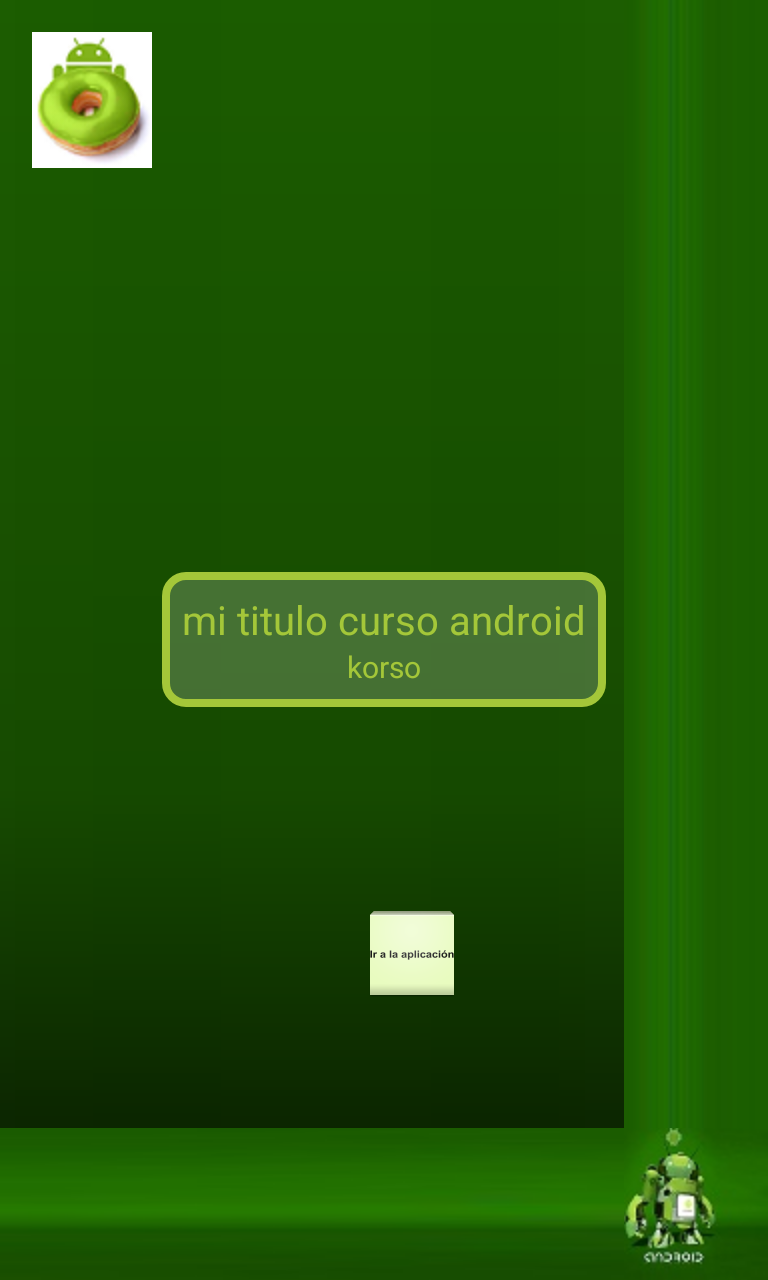
Repository: dimitri001/FDR_TOOL
Layout: RSS Curso Android/res/layout/activity_splash.xml
An editor plug-in stored every save of this project. The layout is shown before and after the next save, followed by the edit.
It is drawn on a 768 x 1280 px phone screen (xhdpi) without system bars, with theme AppTheme; the app's code is not run.

Above is the layout before, as saved 2013-05-21 21:38:43.

### RSS Curso Android/res/layout/activity_splash.xml
<RelativeLayout xmlns:android="http://schemas.android.com/apk/res/android"
    xmlns:tools="http://schemas.android.com/tools"
    android:layout_width="match_parent"
    android:layout_height="match_parent"
    android:background="@drawable/background"
    android:paddingBottom="@dimen/activity_vertical_margin"
    android:paddingLeft="@dimen/activity_horizontal_margin"
    android:paddingRight="@dimen/activity_horizontal_margin"
    android:paddingTop="@dimen/activity_vertical_margin"
    tools:context=".SplashActivity" >

    <LinearLayout
        android:id="@+id/linearLayout1"
        android:layout_width="wrap_content"
        android:layout_height="wrap_content"
        android:layout_centerInParent="true"
        android:background="@drawable/panel_green"
        android:gravity="center|center_vertical"
        android:orientation="vertical" >

        <TextView
            android:layout_width="wrap_content"
            android:layout_height="wrap_content"
            android:text="@string/splash_title"
            android:textColor="@color/green"
            android:textSize="@dimen/text_h1" />

        <TextView
            android:layout_width="wrap_content"
            android:layout_height="wrap_content"
            android:text="@string/splash_subtitle"
            android:textColor="@color/green"
            android:textSize="@dimen/text_h2" />
    </LinearLayout>

    <ImageView
        android:id="@+id/imageView2"
        android:layout_width="wrap_content"
        android:layout_height="wrap_content"
        android:layout_alignParentLeft="true"
        android:layout_alignParentTop="true"
        android:contentDescription="@string/splash_unutopia"
        android:src="@drawable/logo_android" />

    <ImageView
        android:id="@+id/imageView1"
        android:layout_width="wrap_content"
        android:layout_height="wrap_content"
        android:layout_alignLeft="@+id/linearLayout1"
        android:layout_below="@+id/linearLayout1"
        android:layout_marginLeft="101dp"
        android:layout_marginTop="99dp"
        android:contentDescription="@string/splash_article_list"
        android:src="@drawable/to_list" />

</RelativeLayout>

### RSS Curso Android/res/drawable/background.xml
<?xml version="1.0" encoding="utf-8"?>
<layer-list xmlns:android="http://schemas.android.com/apk/res/android" >

   <!--   <item android:drawable="@drawable/bg_noise" />-->
    <item android:drawable="@drawable/android_robot_peque1"
        android:bottom="0dp"
        android:right="0dp"/>
    <item android:drawable="@drawable/bg_shadow"/>

</layer-list>

### RSS Curso Android/res/drawable/panel_green.xml
<?xml version="1.0" encoding="utf-8"?>
<shape xmlns:android="http://schemas.android.com/apk/res/android"

    android:shape="rectangle">
    <corners  android:radius="10dp"/>
    <stroke
        android:color="@color/green"
        android:width="4dp" />

    <solid android:color="#3fff" />

    <padding
        android:top="10dp"
        android:bottom="10dp"
        android:left="10dp"
        android:right="10dp"/>

</shape>

### RSS Curso Android/res/values/strings.xml
<?xml version="1.0" encoding="utf-8"?>
<resources>

    <string name="app_name">RSS Curso Android</string>
    <string name="action_settings">Settings</string>

    <string name="splash_title">mi titulo curso android</string>
    <string name="splash_subtitle">korso</string>
    <string name="splash_unutopia">unutopia</string>
    <string name="splash_article_list">Ir a la aplicación</string>

    <string name="about_version">version 1.0</string>
    <string name="about_text">
	"Lorem ipsum dolor sit amet, consectetur adipisicing elit, sed do eiusmod tempor incididunt ut labore et dolore magna aliqua. Ut enim ad minim veniam, quis nostrud exercitation ullamco laboris nisi ut aliquip ex ea commodo consequat. Duis aute irure dolor in reprehenderit in voluptate velit esse cillum dolore eu fugiat nulla pariatur. Excepteur sint occaecat cupidatat non proident, sunt in culpa qui officia deserunt mollit anim id est laborum."

Sección 1.10.32 de "de Finibus Bonorum et Malorum", escrito por Cicero en el 45 antes de Cristo

"Sed ut perspiciatis unde omnis iste natus error sit voluptatem accusantium doloremque laudantium, totam rem aperiam, eaque ipsa quae ab illo inventore veritatis et quasi architecto beatae vitae dicta sunt explicabo. Nemo enim ipsam voluptatem quia voluptas sit aspernatur aut odit aut fugit, sed quia consequuntur magni dolores eos qui ratione voluptatem sequi nesciunt. Neque porro quisquam est, qui dolorem ipsum quia dolor sit amet, consectetur, adipisci velit, sed quia non numquam eius modi tempora incidunt ut labore et dolore magnam aliquam quaerat voluptatem. Ut enim ad minima veniam, quis nostrum exercitationem ullam corporis suscipit laboriosam, nisi ut aliquid ex ea commodi consequatur? Quis autem vel eum iure reprehenderit qui in ea voluptate velit esse quam nihil molestiae consequatur, vel illum qui dolorem eum fugiat quo voluptas nulla pariatur?"

Traducción hecha por H. Rackham en 1914

"But I must explain to you how all this mistaken idea of denouncing pleasure and praising pain was born and I will give you a complete account of the system, and expound the actual teachings of the great explorer of the truth, the master-builder of human happiness. No one rejects, dislikes, or avoids pleasure itself, because it is pleasure, but because those who do not know how to pursue pleasure rationally encounter consequences that are extremely painful. Nor again is there anyone who loves or pursues or desires to obtain pain of itself, because it is pain, but because occasionally circumstances occur in which toil and pain can procure him some great pleasure. To take a trivial example, which of us ever undertakes laborious physical exercise, except to obtain some advantage from it? But who has any right to find fault with a man who chooses to enjoy a pleasure that has no annoying consequences, or one who avoids a pain that produces no resultant pleasure?"

Sección 1.10.33 de "de Finibus Bonorum et Malorum", escrito por Cicero en el 45 antes de Cristo
	</string>
    <string name="about_license">Licencia oeoeoeoeoe
    "Lorem ipsum dolor sit amet, consectetur adipisicing elit, sed do eiusmod tempor incididunt ut labore et dolore magna aliqua. Ut enim ad minim veniam, quis nostrud exercitation ullamco laboris nisi ut aliquip ex ea commodo consequat. Duis aute irure dolor in reprehenderit in voluptate velit esse cillum dolore eu fugiat nulla pariatur. Excepteur sint occaecat cupidatat non proident, sunt in culpa qui officia deserunt mollit anim id est laborum."

Sección 1.10.32 de "de Finibus Bonorum et Malorum", escrito por Cicero en el 45 antes de Cristo

"Sed ut perspiciatis unde omnis iste natus error sit voluptatem accusantium doloremque laudantium, totam rem aperiam, eaque ipsa quae ab illo inventore veritatis et quasi architecto beatae vitae dicta sunt explicabo. Nemo enim ipsam voluptatem quia voluptas sit aspernatur aut odit aut fugit, sed quia consequuntur magni dolores eos qui ratione voluptatem sequi nesciunt. Neque porro quisquam est, qui dolorem ipsum quia dolor sit amet, consectetur, adipisci velit, sed quia non numquam eius modi tempora incidunt ut labore et dolore magnam aliquam quaerat voluptatem. Ut enim ad minima veniam, quis nostrum exercitationem ullam corporis suscipit laboriosam, nisi ut aliquid ex ea commodi consequatur? Quis autem vel eum iure reprehenderit qui in ea voluptate velit esse quam nihil molestiae consequatur, vel illum qui dolorem eum fugiat quo voluptas nulla pariatur?"

Traducción hecha por H. Rackham en 1914

"But I must explain to you how all this mistaken idea of denouncing pleasure and praising pain was born and I will give you a complete account of the system, and expound the actual teachings of the great explorer of the truth, the master-builder of human happiness. No one rejects, dislikes, or avoids pleasure itself, because it is pleasure, but because those who do not know how to pursue pleasure rationally encounter consequences that are extremely painful. Nor again is there anyone who loves or pursues or desires to obtain pain of itself, because it is pain, but because occasionally circumstances occur in which toil and pain can procure him some great pleasure. To take a trivial example, which of us ever undertakes laborious physical exercise, except to obtain some advantage from it? But who has any right to find fault with a man who chooses to enjoy a pleasure that has no annoying consequences, or one who avoids a pain that produces no resultant pleasure?"

Sección 1.10.33 de "de Finibus Bonorum et Malorum", escrito por Cicero en el 45 antes de Cristo

    </string>

</resources>

### RSS Curso Android/res/values/colors.xml
<?xml version="1.0" encoding="utf-8"?>
<resources>
    <color name="green">#A4C739</color>

</resources>

### RSS Curso Android/res/values/dimensiones.xml
<?xml version="1.0" encoding="utf-8"?>
<resources>
    <dimen name="text_h1">20dp</dimen>
    <dimen name="text_h2">15dp</dimen>
    <dimen name="text_small">10dp</dimen>
</resources>

### RSS Curso Android/res/drawable/bg_noise.xml
<?xml version="1.0" encoding="utf-8"?>
<bitmap xmlns:android="http://schemas.android.com/apk/res/android"
    android:src="@drawable/background_azul"
    android:gravity="fill"
    android:tileMode="repeat">
</bitmap>

### RSS Curso Android/res/drawable/bg_shadow.xml
<?xml version="1.0" encoding="utf-8"?>
<shape xmlns:android="http://schemas.android.com/apk/res/android"
    android:shape="rectangle">

    <gradient
        android:startColor="@android:color/transparent"
        android:centerColor="#33000000"
        android:endColor="#9000"
        android:centerY="0.7"
        android:angle="270"
        />

</shape>

Loaded but not shown: RSS Curso Android/res/values/styles.xml (common file); RSS Curso Android/res/values-v11/styles.xml (common file); RSS Curso Android/res/values-v14/styles.xml (common file); RSS Curso Android/res/values/dimens.xml (common file)

After the next save:
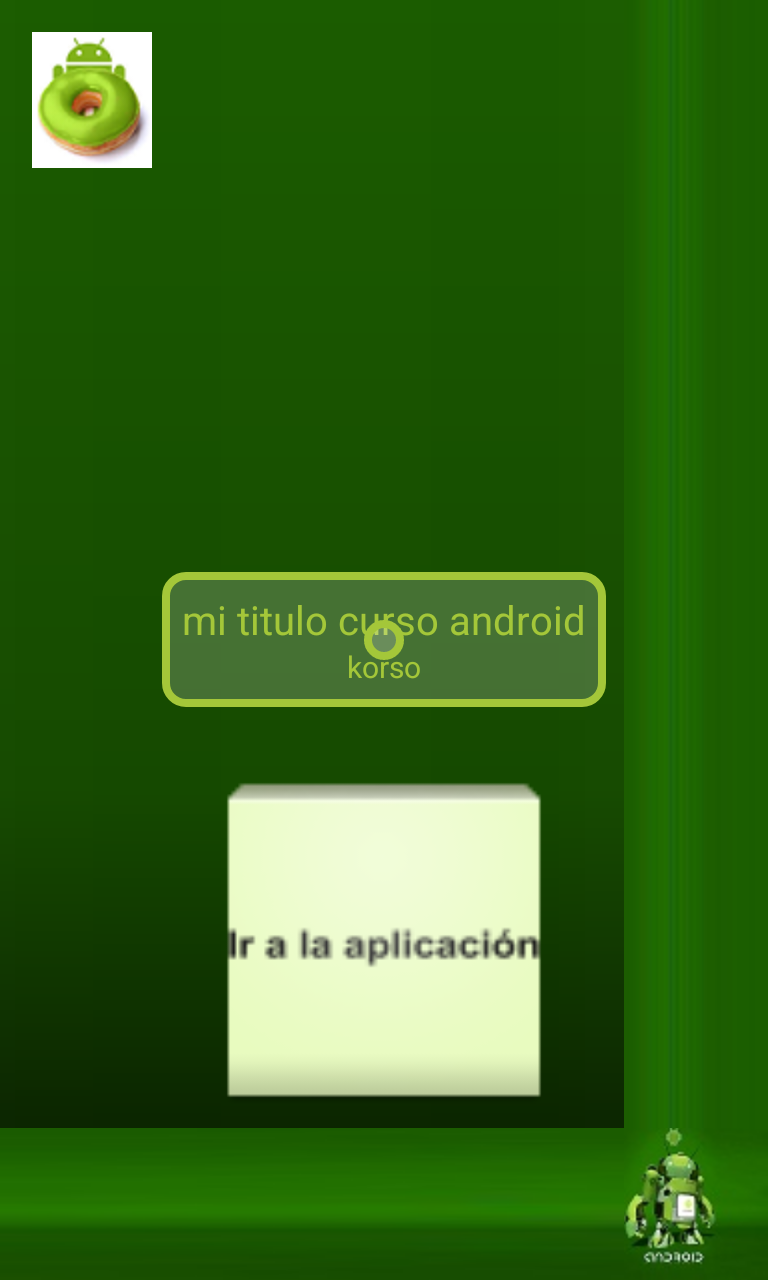
Saved 8 min 0 s later.
--- a/RSS Curso Android/res/layout/activity_splash.xml
+++ b/RSS Curso Android/res/layout/activity_splash.xml
@@ -42,14 +42,23 @@
         android:contentDescription="@string/splash_unutopia"
         android:src="@drawable/logo_android" />
 
+    <LinearLayout
+        android:id="@+id/linearLayout1"
+        android:layout_width="wrap_content"
+        android:layout_height="wrap_content"
+        android:layout_centerInParent="true"
+        android:background="@drawable/panel_green"
+        android:gravity="center|center_vertical"
+        android:orientation="vertical" >
+	</LinearLayout>
+
     <ImageView
         android:id="@+id/imageView1"
-        android:layout_width="wrap_content"
-        android:layout_height="wrap_content"
-        android:layout_alignLeft="@+id/linearLayout1"
+        android:layout_width="475dp"
+        android:layout_height="178dp"
+        android:layout_alignParentLeft="true"
         android:layout_below="@+id/linearLayout1"
-        android:layout_marginLeft="101dp"
-        android:layout_marginTop="99dp"
+        android:layout_marginTop="51dp"
         android:contentDescription="@string/splash_article_list"
         android:src="@drawable/to_list" />
 
